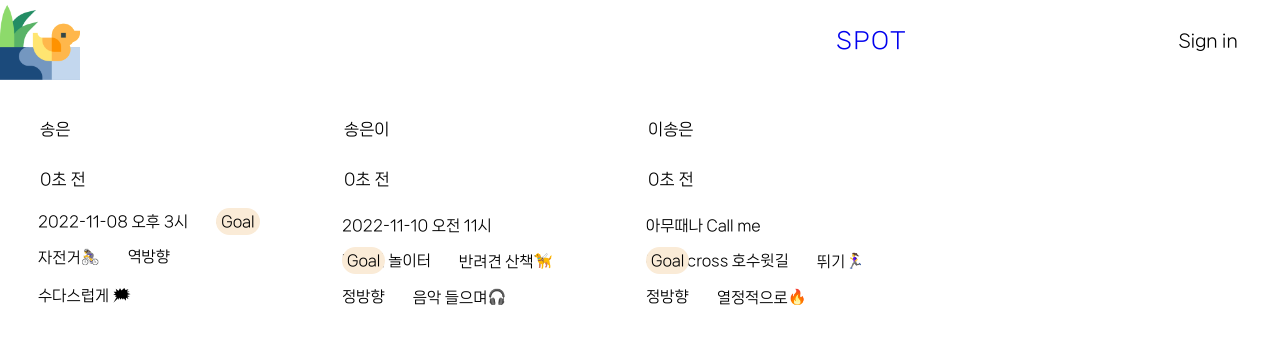
Repository: songeunleee/youngrangho
Page: /
The author's editor kept a copy of each file at every save. The page is drawn from the files as they stood at one save, then again after the next save.
The browser window is 1280 px wide. The pictures show the whole page.
Some web libraries are served in a nearby version. The project was rebuilt for these pictures with package versions that can differ from the ones it lists, and the page was loaded fresh each time. Some packages were replaced by stand-ins written for this rebuild. Also part of the build but not shown: src/app.module.css, src/components/activity/activity.module.css, src/components/footer/footer.module.css, src/components/footer/footer.jsx, src/components/home/home.module.css, src/components/home/home.jsx, src/components/add_spot/add_spot.module.css, src/components/add_spot/add_spot.jsx and 6 more.

Above is the page before, as saved 2022-11-08 06:47:55.

After the next save:
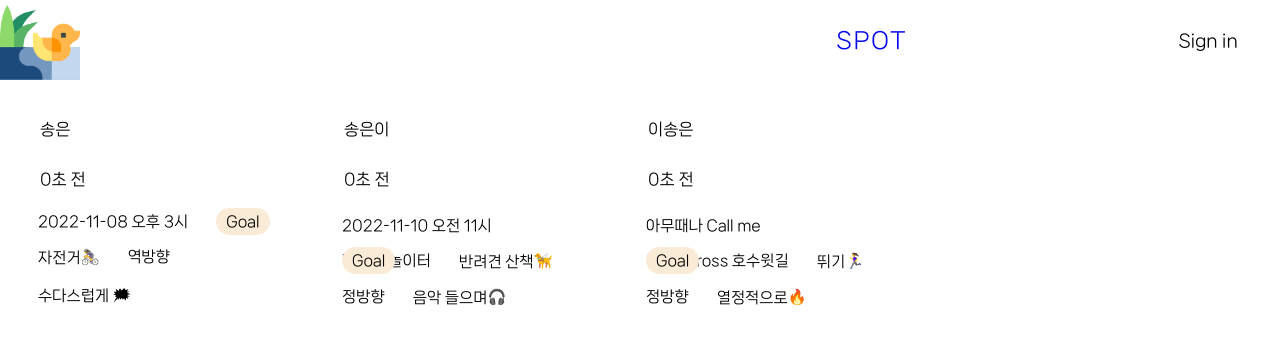
Saved 6 s later.
--- a/src/components/activity_item/activity_item.module.css
+++ b/src/components/activity_item/activity_item.module.css
@@ -63,7 +63,7 @@
 .G {
   background-color: antiquewhite;
   border-radius: 18px;
-  padding: 5px;
+  padding: 5px 10px;
   position: absolute;
 }
 
